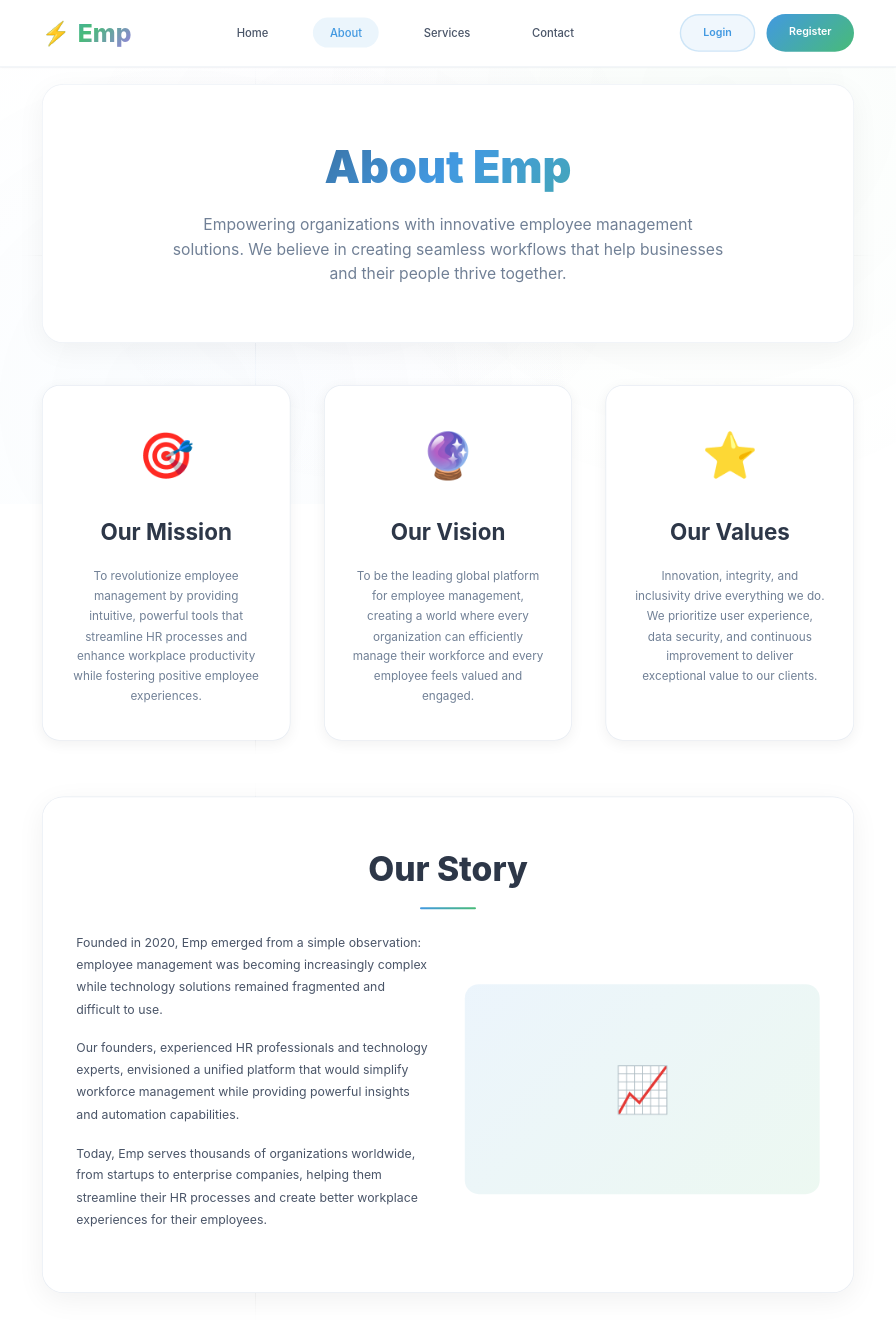
Repository: Shwetannarkhede/EmployeeHub
Page: EmployeeManagemntSystem/src/main/webapp/about.html
These files come from the project's save history. The page is drawn as it stood at one moment and after the next save; the edit follows.
The browser window is 1280 px wide. The pictures show the part of the page from y = 0 to 1920 px (the page is 3889 px tall), at 70% of full size.

Above is the page before, as saved 2025-09-22 17:29:15.

### EmployeeManagemntSystem/src/main/webapp/about.html
<!DOCTYPE html>
<html lang="en">
<head>
    <meta charset="UTF-8">
    <meta name="viewport" content="width=device-width, initial-scale=1.0">
    <title>Emp - About Us</title>
    <style>
        * {
            margin: 0;
            padding: 0;
            box-sizing: border-box;
        }

        body {
            font-family: 'Inter', -apple-system, BlinkMacSystemFont, 'Segoe UI', sans-serif;
            line-height: 1.6;
            color: #2d3748;
            background: #ffffff;
            min-height: 100vh;
            position: relative;
            overflow-x: hidden;
        }

        body::before {
            content: '';
            position: fixed;
            top: 0;
            left: 0;
            width: 100%;
            height: 100%;
            background: radial-gradient(circle at 20% 80%, rgba(66, 153, 225, 0.03) 0%, transparent 50%),
                        radial-gradient(circle at 80% 20%, rgba(72, 187, 120, 0.03) 0%, transparent 50%),
                        radial-gradient(circle at 40% 40%, rgba(159, 122, 234, 0.02) 0%, transparent 50%);
            z-index: -1;
        }

        .container {
            max-width: 1200px;
            margin: 0 auto;
            padding: 0 20px;
        }

        /* Header */
        header {
            background: rgba(255, 255, 255, 0.98);
            backdrop-filter: blur(20px);
            border-bottom: 1px solid rgba(226, 232, 240, 0.8);
            padding: 1.2rem 0;
            position: fixed;
            width: 100%;
            top: 0;
            z-index: 1000;
            transition: all 0.3s cubic-bezier(0.4, 0, 0.2, 1);
            box-shadow: 0 1px 3px rgba(0, 0, 0, 0.08);
        }

        nav {
            display: flex;
            justify-content: space-between;
            align-items: center;
        }

        .logo {
            font-size: 2.2rem;
            font-weight: 800;
            color: #2d3748;
            text-decoration: none;
            display: flex;
            align-items: center;
            gap: 0.7rem;
            background: linear-gradient(135deg, #4299e1, #48bb78, #9f7aea);
            -webkit-background-clip: text;
            -webkit-text-fill-color: transparent;
            background-clip: text;
        }

        .logo::before {
            content: "⚡";
            font-size: 2rem;
            -webkit-text-fill-color: #4299e1;
        }

        .nav-links {
            display: flex;
            list-style: none;
            gap: 2.5rem;
        }

        .nav-links a {
            color: #4a5568;
            text-decoration: none;
            transition: all 0.3s ease;
            padding: 0.7rem 1.5rem;
            border-radius: 50px;
            font-weight: 500;
            position: relative;
        }

        .nav-links a::before {
            content: '';
            position: absolute;
            top: 0;
            left: 0;
            width: 100%;
            height: 100%;
            background: linear-gradient(135deg, rgba(66, 153, 225, 0.08), rgba(72, 187, 120, 0.08));
            border-radius: 50px;
            opacity: 0;
            transition: opacity 0.3s ease;
        }

        .nav-links a:hover::before {
            opacity: 1;
        }

        .nav-links a:hover {
            color: #2d3748;
            transform: translateY(-2px);
        }

        .nav-links a.active {
            color: #4299e1;
            background: rgba(66, 153, 225, 0.1);
        }

        .auth-buttons {
            display: flex;
            gap: 1rem;
        }

        .btn-nav {
            padding: 0.8rem 2rem;
            border-radius: 50px;
            text-decoration: none;
            font-weight: 600;
            transition: all 0.3s cubic-bezier(0.4, 0, 0.2, 1);
            border: none;
            cursor: pointer;
            font-size: 0.95rem;
        }

        .btn-login {
            background: rgba(66, 153, 225, 0.08);
            color: #4299e1;
            border: 2px solid rgba(66, 153, 225, 0.2);
        }

        .btn-register {
            background: linear-gradient(135deg, #4299e1, #48bb78);
            color: #fff;
        }

        .btn-nav:hover {
            transform: translateY(-3px);
            box-shadow: 0 10px 25px rgba(0, 0, 0, 0.12);
        }

        /* Main Content */
        main {
            padding-top: 120px;
            padding-bottom: 60px;
        }

        /* Hero Section */
        .about-hero {
            background: #ffffff;
            margin-bottom: 60px;
            border-radius: 30px;
            padding: 5rem 3rem;
            text-align: center;
            border: 1px solid rgba(226, 232, 240, 0.6);
            animation: fadeInUp 1.2s cubic-bezier(0.4, 0, 0.2, 1);
            position: relative;
            overflow: hidden;
            box-shadow: 0 10px 40px rgba(0, 0, 0, 0.05);
        }

        .about-hero::before {
            content: '';
            position: absolute;
            top: 0;
            left: 0;
            width: 100%;
            height: 100%;
            background: linear-gradient(135deg, rgba(66, 153, 225, 0.02), rgba(72, 187, 120, 0.02), rgba(159, 122, 234, 0.01));
            border-radius: 30px;
            z-index: -1;
        }

        .about-hero h1 {
            font-size: 4rem;
            font-weight: 900;
            margin-bottom: 1.5rem;
            background: linear-gradient(135deg, #2d3748, #4299e1, #48bb78);
            -webkit-background-clip: text;
            -webkit-text-fill-color: transparent;
            background-clip: text;
            line-height: 1.2;
        }

        .about-hero p {
            font-size: 1.4rem;
            color: #718096;
            max-width: 800px;
            margin: 0 auto;
            line-height: 1.6;
        }

        /* Mission Vision Values */
        .mvv-section {
            display: grid;
            grid-template-columns: repeat(auto-fit, minmax(350px, 1fr));
            gap: 3rem;
            margin-bottom: 5rem;
        }

        .mvv-card {
            background: #ffffff;
            border-radius: 25px;
            padding: 3rem 2.5rem;
            text-align: center;
            border: 1px solid rgba(226, 232, 240, 0.8);
            transition: all 0.4s cubic-bezier(0.4, 0, 0.2, 1);
            position: relative;
            overflow: hidden;
            box-shadow: 0 5px 20px rgba(0, 0, 0, 0.06);
            animation: fadeInUp 0.8s cubic-bezier(0.4, 0, 0.2, 1);
        }

        .mvv-card::before {
            content: '';
            position: absolute;
            top: -2px;
            left: -2px;
            right: -2px;
            bottom: -2px;
            background: linear-gradient(135deg, #4299e1, #48bb78, #9f7aea);
            border-radius: 25px;
            z-index: -2;
            opacity: 0;
            transition: opacity 0.4s ease;
        }

        .mvv-card::after {
            content: '';
            position: absolute;
            top: 0;
            left: 0;
            right: 0;
            bottom: 0;
            background: #ffffff;
            border-radius: 25px;
            z-index: -1;
        }

        .mvv-card:hover {
            transform: translateY(-10px);
            box-shadow: 0 20px 40px rgba(0, 0, 0, 0.12);
        }

        .mvv-card:hover::before {
            opacity: 1;
        }

        .mvv-icon {
            font-size: 4rem;
            margin-bottom: 2rem;
            display: block;
        }

        .mvv-card h3 {
            font-size: 2rem;
            font-weight: 700;
            margin-bottom: 1.5rem;
            color: #2d3748;
        }

        .mvv-card p {
            color: #718096;
            line-height: 1.7;
            font-size: 1.05rem;
        }

        /* Story Section */
        .story-section {
            background: #ffffff;
            border-radius: 30px;
            padding: 4rem 3rem;
            margin-bottom: 5rem;
            border: 1px solid rgba(226, 232, 240, 0.8);
            box-shadow: 0 10px 40px rgba(0, 0, 0, 0.06);
            animation: fadeInUp 0.8s cubic-bezier(0.4, 0, 0.2, 1) 0.4s both;
        }

        .story-section h2 {
            font-size: 3rem;
            font-weight: 800;
            margin-bottom: 2rem;
            color: #2d3748;
            text-align: center;
        }

        .story-section h2::after {
            content: '';
            display: block;
            width: 80px;
            height: 3px;
            background: linear-gradient(90deg, #4299e1, #48bb78);
            margin: 1rem auto;
            border-radius: 2px;
        }

        .story-content {
            display: grid;
            grid-template-columns: 1fr 1fr;
            gap: 3rem;
            align-items: center;
        }

        .story-text {
            font-size: 1.1rem;
            color: #4a5568;
            line-height: 1.8;
        }

        .story-text p {
            margin-bottom: 1.5rem;
        }

        .story-image {
            background: linear-gradient(135deg, rgba(66, 153, 225, 0.1), rgba(72, 187, 120, 0.1));
            border-radius: 20px;
            height: 300px;
            display: flex;
            align-items: center;
            justify-content: center;
            font-size: 4rem;
            color: #718096;
        }

        /* Team Section */
        .team-section {
            margin-bottom: 5rem;
        }

        .team-section h2 {
            text-align: center;
            font-size: 3rem;
            font-weight: 800;
            margin-bottom: 1rem;
            color: #2d3748;
        }

        .team-subtitle {
            text-align: center;
            color: #718096;
            font-size: 1.2rem;
            margin-bottom: 4rem;
        }

        .team-grid {
            display: grid;
            grid-template-columns: repeat(auto-fit, minmax(300px, 1fr));
            gap: 2.5rem;
        }

        .team-member {
            background: #ffffff;
            border-radius: 20px;
            padding: 2.5rem 2rem;
            text-align: center;
            border: 1px solid rgba(226, 232, 240, 0.8);
            transition: all 0.4s ease;
            box-shadow: 0 5px 20px rgba(0, 0, 0, 0.06);
            animation: fadeInUp 0.8s cubic-bezier(0.4, 0, 0.2, 1);
        }

        .team-member:hover {
            transform: translateY(-8px);
            box-shadow: 0 15px 35px rgba(0, 0, 0, 0.1);
        }

        .member-avatar {
            width: 120px;
            height: 120px;
            border-radius: 50%;
            background: linear-gradient(135deg, #4299e1, #48bb78);
            margin: 0 auto 1.5rem;
            display: flex;
            align-items: center;
            justify-content: center;
            font-size: 3rem;
            color: white;
        }

        .member-name {
            font-size: 1.5rem;
            font-weight: 700;
            color: #2d3748;
            margin-bottom: 0.5rem;
        }

        .member-role {
            color: #4299e1;
            font-weight: 600;
            margin-bottom: 1rem;
        }

        .member-bio {
            color: #718096;
            line-height: 1.6;
            font-size: 0.95rem;
        }

        /* Stats Section */
        .stats-section {
            background: #ffffff;
            border-radius: 30px;
            padding: 4rem 3rem;
            margin-bottom: 4rem;
            border: 1px solid rgba(226, 232, 240, 0.8);
            position: relative;
            overflow: hidden;
            box-shadow: 0 10px 40px rgba(0, 0, 0, 0.06);
            animation: fadeInUp 0.8s cubic-bezier(0.4, 0, 0.2, 1) 0.6s both;
        }

        .stats-section::before {
            content: '';
            position: absolute;
            top: 0;
            left: 0;
            width: 100%;
            height: 100%;
            background: linear-gradient(135deg, rgba(66, 153, 225, 0.02), rgba(72, 187, 120, 0.02));
            z-index: -1;
        }

        .stats-grid {
            display: grid;
            grid-template-columns: repeat(auto-fit, minmax(200px, 1fr));
            gap: 3rem;
            text-align: center;
        }

        .stat-item {
            transition: all 0.3s ease;
        }

        .stat-item:hover {
            transform: scale(1.05);
        }

        .stat-item h3 {
            font-size: 3.5rem;
            font-weight: 900;
            margin-bottom: 0.8rem;
            background: linear-gradient(135deg, #4299e1, #48bb78);
            -webkit-background-clip: text;
            -webkit-text-fill-color: transparent;
            background-clip: text;
        }

        .stat-item p {
            color: #4a5568;
            font-size: 1.2rem;
            font-weight: 600;
        }

        /* Footer */
        footer {
            background: rgba(45, 55, 72, 0.98);
            color: #fff;
            padding: 4rem 0 2rem;
            border-top: 1px solid rgba(226, 232, 240, 0.2);
            margin-top: 5rem;
        }

        .footer-content {
            display: grid;
            grid-template-columns: repeat(auto-fit, minmax(250px, 1fr));
            gap: 3rem;
            margin-bottom: 3rem;
        }

        .footer-section h4 {
            color: #4299e1;
            margin-bottom: 1.5rem;
            font-size: 1.3rem;
            font-weight: 700;
        }

        .footer-section p, .footer-section a {
            color: rgba(255, 255, 255, 0.8);
            text-decoration: none;
            line-height: 2;
            transition: color 0.3s ease;
        }

        .footer-section a:hover {
            color: #48bb78;
        }

        .footer-bottom {
            text-align: center;
            padding-top: 2rem;
            border-top: 1px solid rgba(255, 255, 255, 0.1);
            color: rgba(255, 255, 255, 0.6);
        }

        /* Animations */
        @keyframes fadeInUp {
            from {
                opacity: 0;
                transform: translateY(30px);
            }
            to {
                opacity: 1;
                transform: translateY(0);
            }
        }

        /* Responsive Design */
        @media (max-width: 768px) {
            .nav-links {
                display: none;
            }

            .auth-buttons {
                flex-direction: column;
                gap: 0.5rem;
            }

            .btn-nav {
                padding: 0.7rem 1.5rem;
                font-size: 0.9rem;
            }

            .about-hero {
                padding: 3rem 2rem;
                margin-bottom: 40px;
            }

            .about-hero h1 {
                font-size: 2.5rem;
            }

            .mvv-section {
                grid-template-columns: 1fr;
                gap: 2rem;
            }

            .mvv-card {
                padding: 2.5rem 2rem;
            }

            .story-content {
                grid-template-columns: 1fr;
                gap: 2rem;
            }

            .team-grid {
                grid-template-columns: 1fr;
            }

            .stats-grid {
                grid-template-columns: repeat(2, 1fr);
                gap: 2rem;
            }
        }

        @media (max-width: 480px) {
            .about-hero h1 {
                font-size: 2rem;
            }

            .about-hero p {
                font-size: 1.1rem;
            }

            .mvv-card {
                padding: 2rem 1.5rem;
            }

            .story-section {
                padding: 2.5rem 2rem;
            }

            .stats-grid {
                grid-template-columns: 1fr;
            }
        }
    </style>
</head>
<body>
    <header>
        <nav class="container">
            <a href="/" class="logo">Emp</a>
            <ul class="nav-links">
                <li><a href="/">Home</a></li>
                <li><a href="/about" class="active">About</a></li>
                <li><a href="/services">Services</a></li>
                <li><a href="/contact">Contact</a></li>
            </ul>
            <div class="auth-buttons">
                <a href="login.html" class="btn-nav btn-login">Login</a>
                <a href="register.html" class="btn-nav btn-register">Register</a>
            </div>
        </nav>
    </header>

    <main>
        <div class="container">
            <!-- Hero Section -->
            <section class="about-hero">
                <h1>About Emp</h1>
                <p>Empowering organizations with innovative employee management solutions. We believe in creating seamless workflows that help businesses and their people thrive together.</p>
            </section>

            <!-- Mission, Vision, Values -->
            <section class="mvv-section">
                <div class="mvv-card">
                    <div class="mvv-icon">🎯</div>
                    <h3>Our Mission</h3>
                    <p>To revolutionize employee management by providing intuitive, powerful tools that streamline HR processes and enhance workplace productivity while fostering positive employee experiences.</p>
                </div>

                <div class="mvv-card">
                    <div class="mvv-icon">🔮</div>
                    <h3>Our Vision</h3>
                    <p>To be the leading global platform for employee management, creating a world where every organization can efficiently manage their workforce and every employee feels valued and engaged.</p>
                </div>

                <div class="mvv-card">
                    <div class="mvv-icon">⭐</div>
                    <h3>Our Values</h3>
                    <p>Innovation, integrity, and inclusivity drive everything we do. We prioritize user experience, data security, and continuous improvement to deliver exceptional value to our clients.</p>
                </div>
            </section>

            <!-- Story Section -->
            <section class="story-section">
                <h2>Our Story</h2>
                <div class="story-content">
                    <div class="story-text">
                        <p>Founded in 2020, Emp emerged from a simple observation: employee management was becoming increasingly complex while technology solutions remained fragmented and difficult to use.</p>

                        <p>Our founders, experienced HR professionals and technology experts, envisioned a unified platform that would simplify workforce management while providing powerful insights and automation capabilities.</p>

                        <p>Today, Emp serves thousands of organizations worldwide, from startups to enterprise companies, helping them streamline their HR processes and create better workplace experiences for their employees.</p>
                    </div>
                    <div class="story-image">
                        📈
                    </div>
                </div>
            </section>

            <!-- Team Section -->
            <section class="team-section">
                <h2>Meet Our Team</h2>
                <p class="team-subtitle">The passionate professionals behind Emp</p>

                <div class="team-grid">
                    <div class="team-member">
                        <div class="member-avatar">👨‍💼</div>
                        <h4 class="member-name">XYZ</h4>
                        <p class="member-role">CEO & Co-Founder</p>
                        <p class="member-bio">15+ years in HR technology and business strategy. Passionate about creating solutions that make work life better.</p>
                    </div>

                    <div class="team-member">
                        <div class="member-avatar">👩‍💻</div>
                        <h4 class="member-name">ABC</h4>
                        <p class="member-role">CTO & Co-Founder</p>
                        <p class="member-bio">Expert in scalable software architecture and AI. Leads our technical vision and product development.</p>
                    </div>

                    <div class="team-member">
                        <div class="member-avatar">👨‍🎨</div>
                        <h4 class="member-name">MNQ</h4>
                        <p class="member-role">Head of Product</p>
                        <p class="member-bio">UX specialist focused on creating intuitive interfaces that solve real business problems.</p>
                    </div>

                    <div class="team-member">
                        <div class="member-avatar">👩‍💼</div>
                        <h4 class="member-name">ABC</h4>
                        <p class="member-role">VP of Customer Success</p>
                        <p class="member-bio">Dedicated to ensuring our clients achieve maximum value from the EmpFlow platform.</p>
                    </div>
                </div>
            </section>

            <!-- Stats Section -->
            <section class="stats-section">
                <div class="stats-grid">
                    <div class="stat-item">
                        <h3>10K+</h3>
                        <p>Companies Trust Us</p>
                    </div>
                    <div class="stat-item">
                        <h3>500K+</h3>
                        <p>Employees Managed</p>
                    </div>
                    <div class="stat-item">
                        <h3>99.9%</h3>
                        <p>Uptime Guarantee</p>
                    </div>
                    <div class="stat-item">
                        <h3>50+</h3>
                        <p>Countries Served</p>
                    </div>
                </div>
            </section>
        </div>
    </main>

    <!-- Footer -->
    <footer>
        <div class="container">
            <div class="footer-content">
                <div class="footer-section">
                    <h4>Emp</h4>
                    <p>Empowering organizations with innovative employee management solutions.</p>
                </div>
                <div class="footer-section">
                    <h4>Quick Links</h4>
                    <p><a href="Home.html">Home</a></p>
                    <p><a href="about.html">About</a></p>
                    <p><a href="/services">Services</a></p>
                    <p><a href="contact.html">Contact</a></p>
                </div>
                <div class="footer-section">
                    <h4>Support</h4>
                    <p><a href="/help">Help Center</a></p>
                    <p><a href="/documentation">Documentation</a></p>
                    <p><a href="/api">API Reference</a></p>
                </div>
                <div class="footer-section">
                    <h4>Contact</h4>
                    <p>info@emp.com</p>
                    <p>+91 12345 67890</p>
                    <p>Pimpri, Maharashtra</p>
                </div>
            </div>
            <div class="footer-bottom">
                <p>&copy; 2025 Emp. All rights reserved.</p>
            </div>
        </div>
    </footer>
</body>
</html>

After the next save:
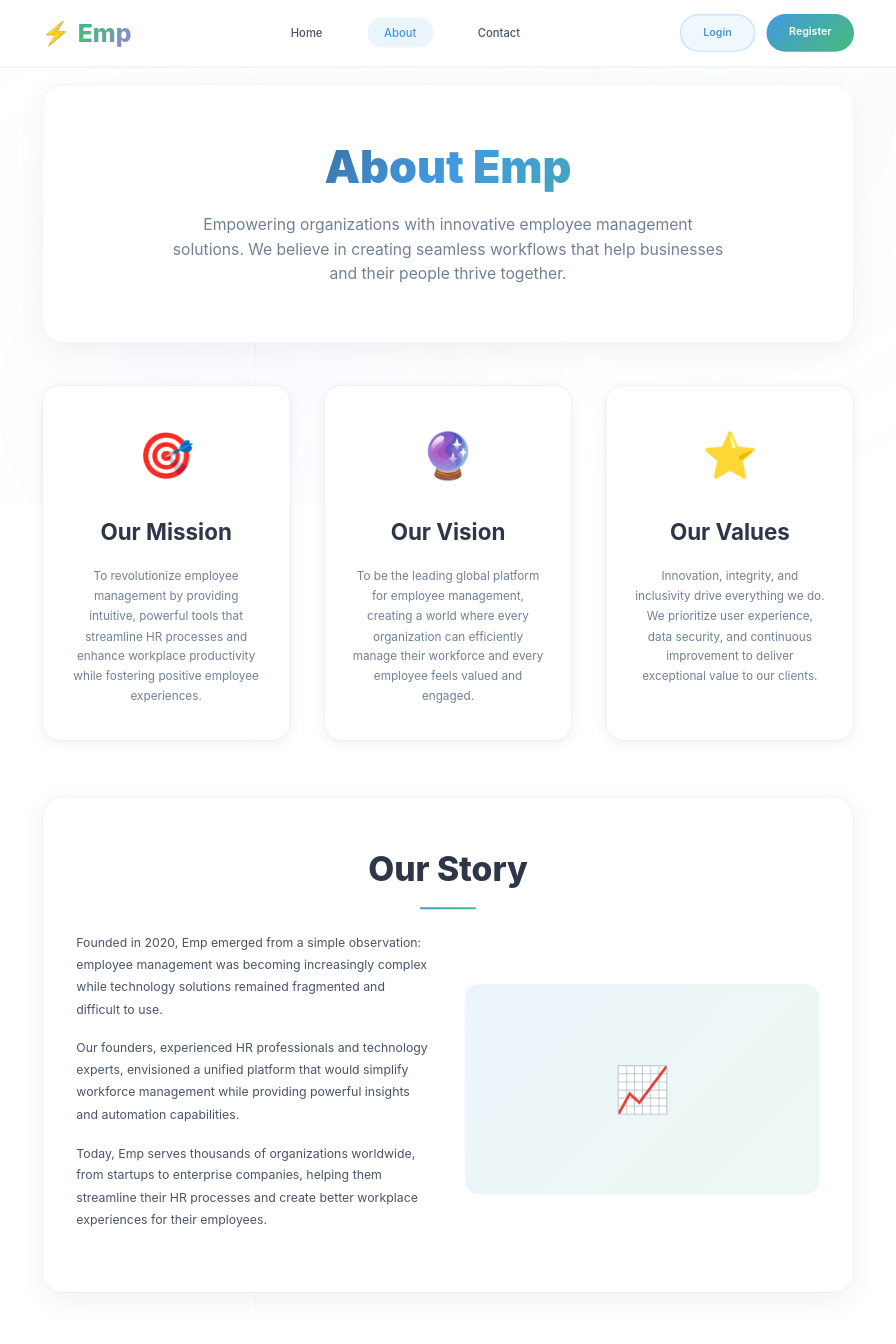
Saved 44 s later.
--- a/EmployeeManagemntSystem/src/main/webapp/about.html
+++ b/EmployeeManagemntSystem/src/main/webapp/about.html
@@ -599,7 +599,7 @@
             <ul class="nav-links">
                 <li><a href="/">Home</a></li>
                 <li><a href="/about" class="active">About</a></li>
-                <li><a href="/services">Services</a></li>
+
                 <li><a href="/contact">Contact</a></li>
             </ul>
             <div class="auth-buttons">
